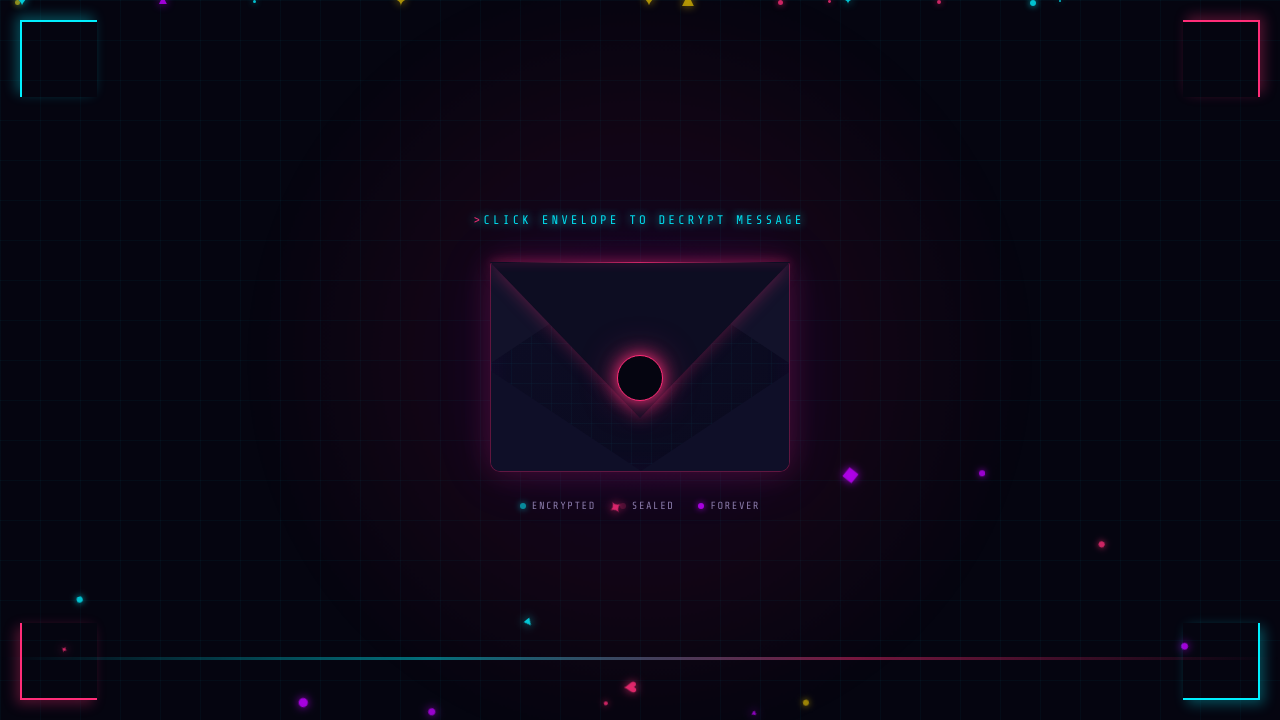
Repository: Markpol2003/letter
Page: /
The author's editor kept a copy of each file at every save. The page is drawn from the files as they stood at one save, then again after the next save.
The browser window is 1280 px wide. The pictures show the whole page.
The project was rebuilt for these pictures with package versions that can differ from the ones it lists, and the page was loaded fresh each time. Also part of the build but not shown: vite.config.js, src/components/TextPortrait.module.css, src/components/TextPortrait.jsx, src/components/LetterOverlay.module.css, src/components/LetterOverlay.jsx.

Above is the page before, as saved 2026-03-16 17:08:32.

After the next save:
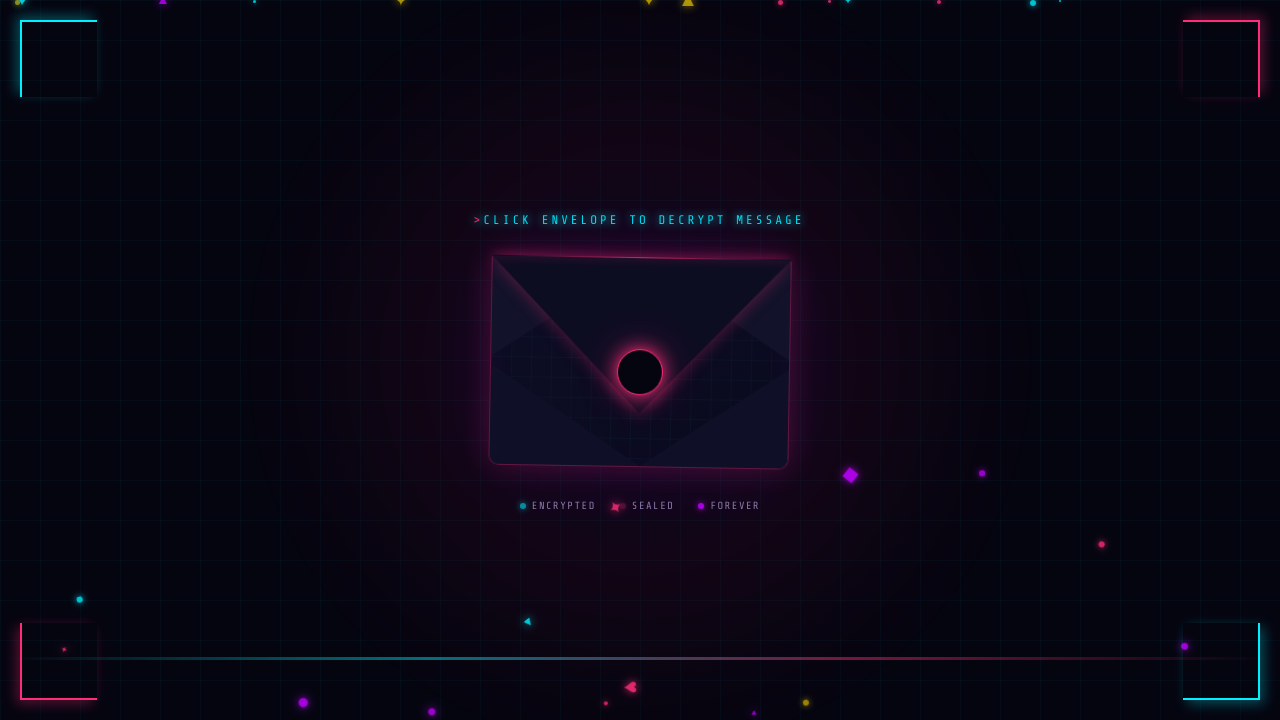
Saved 30 s later.
--- a/src/components/Envelope.module.css
+++ b/src/components/Envelope.module.css
@@ -168,3 +168,24 @@
   .envRight  { border-top-width:67px;   border-left-width:100px;  }
   .envFlap::before { border-left-width:100px; border-right-width:100px; border-top-width:104px; }
 }
+/* ── idle wobble ── */
+.envelope {
+  width: 100%;
+  height: 100%;
+  position: relative;
+  transition: transform 0.3s ease;
+  animation: wobble 3s ease-in-out infinite;
+}
+
+/* stop wobble while open */
+.open .envelope {
+  animation: none;
+}
+
+@keyframes wobble {
+  0%,100% { transform: rotate(0deg)   translateY(0px);  }
+  20%      { transform: rotate(-1.5deg) translateY(-4px); }
+  40%      { transform: rotate(1.5deg)  translateY(-6px); }
+  60%      { transform: rotate(-1deg)   translateY(-3px); }
+  80%      { transform: rotate(1deg)    translateY(-5px); }
+}
